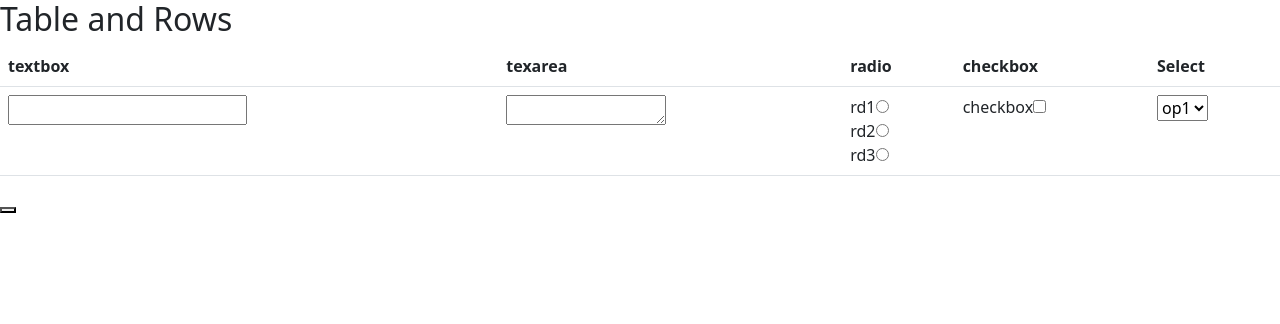
Repository: ishanbassi/iotasol-assignments
Page: /iotasol/work-8
The author's editor kept a copy of each file at every save. The page is drawn from the files as they stood at one save, then again after the next save.
The browser window is 1280 px wide. The pictures show the whole page.
The project was rebuilt for these pictures with package versions that can differ from the ones it lists, and the page was loaded fresh each time. Some packages were replaced by stand-ins written for this rebuild. The framework's server and built-in components were replaced by stand-ins that run in the browser. Also part of the build but not shown: styles/global.css.

Above is the page before, as saved 2022-11-09 17:17:14.

After the next save:
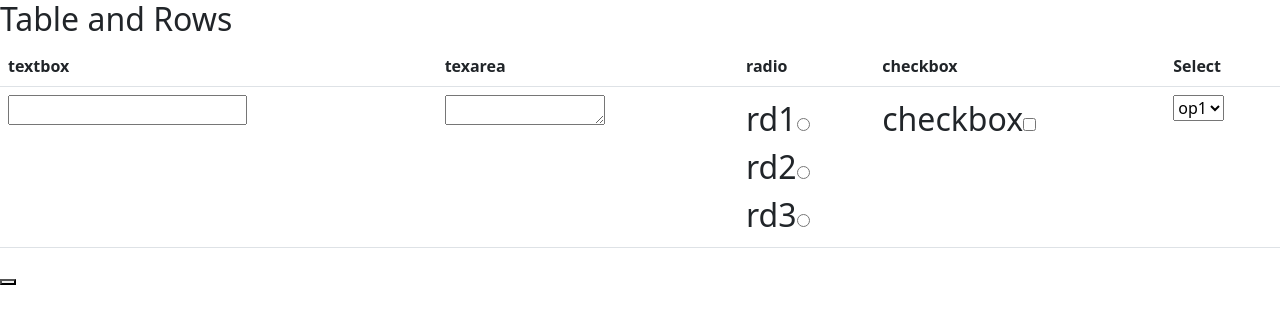
Saved 14 s later.
--- a/pages/iotasol/work-8.tsx
+++ b/pages/iotasol/work-8.tsx
@@ -55,7 +55,9 @@
                 <button type="reset"></button>
             </div>
             <style jsx>{`
-
+                    label{
+                        font-size:2em;
+                    }
 
                 `}
 

After the save that followed:
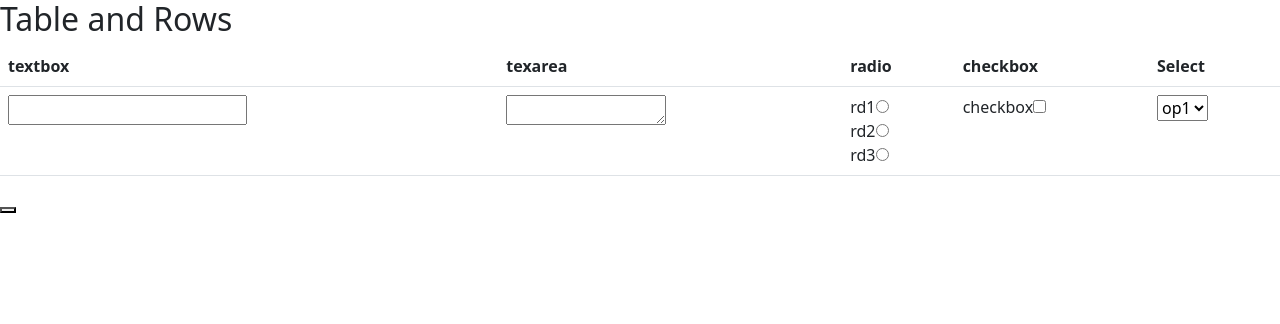
Saved 10 s later.
--- a/pages/iotasol/work-8.tsx
+++ b/pages/iotasol/work-8.tsx
@@ -56,7 +56,7 @@
             </div>
             <style jsx>{`
                     label{
-                        font-size:2em;
+                        font-size:1em;
                     }
 
                 `}
